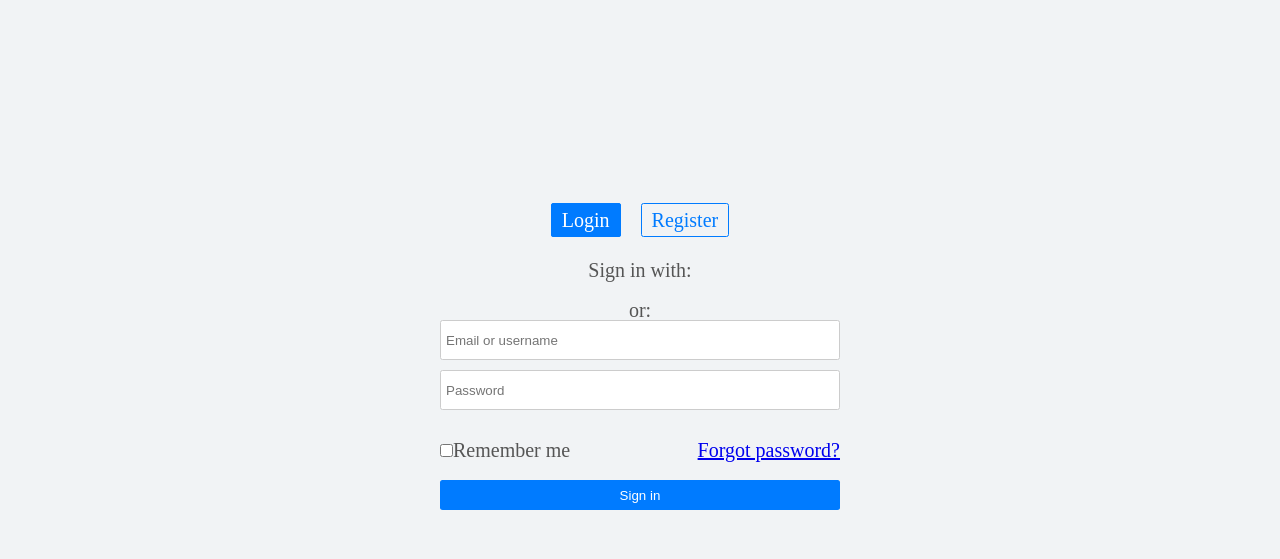
Repository: BitDanceLabels/Bumblebee_BDG
Page: /teacher-timetable
The author's editor kept a copy of each file at every save. The page is drawn from the files as they stood at one save, then again after the next save.
The browser window is 1280 px wide. The pictures show the whole page.
The project was rebuilt for these pictures with package versions that can differ from the ones it lists, and the page was loaded fresh each time. Also part of the build but not shown: vite.config.js, src/components/General/Header.jsx, src/components/General/Navbar.jsx, src/components/Dashboard/ScheduleComponent.jsx, src/components/Management/Booking.jsx, src/components/modal/CreateStudentModal.jsx, src/components/Student/ListOfStudent.jsx, src/components/modal/CreateTeacherModal.jsx and 9 more. Imported but missing from the stored project, and not drawn on this page: src/components/modal/DeactiveStudentModal.

Above is the page before, as saved 2024-10-04 18:30:18.

After the next save:
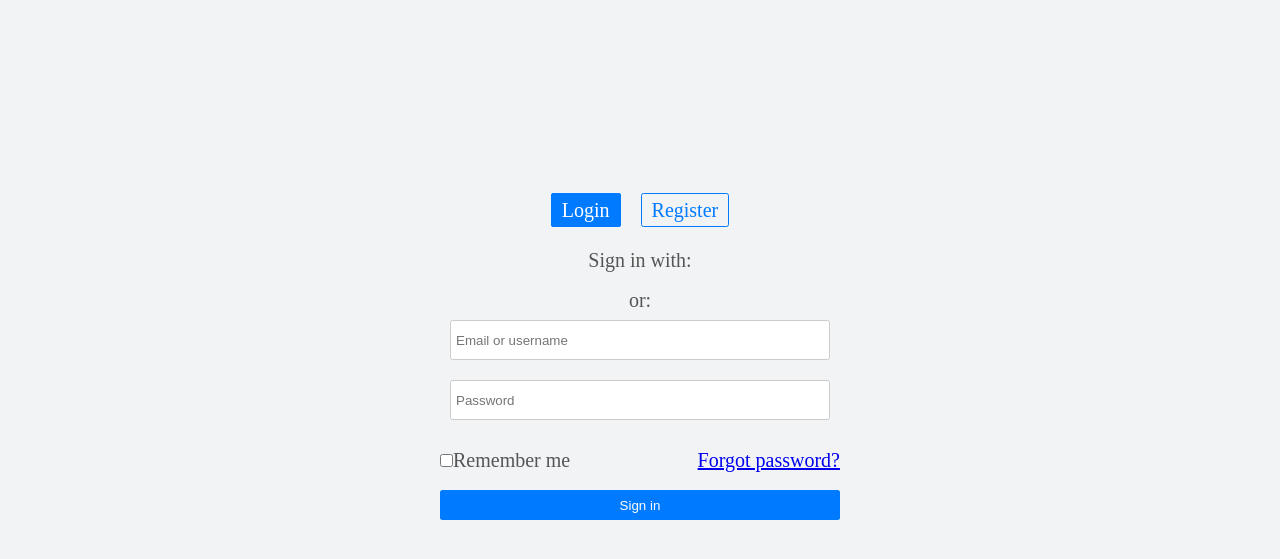
Saved 29 s later.
--- a/src/App.jsx
+++ b/src/App.jsx
@@ -59,7 +59,7 @@ const Form = styled.form`
 
 const Input = styled.input`
   padding: 0.5rem;
-  margin-bottom: 1rem;
+  margin: 1rem;
   border: 1px solid #ccc;
   border-radius: 0.25rem;
   height: 40px;
